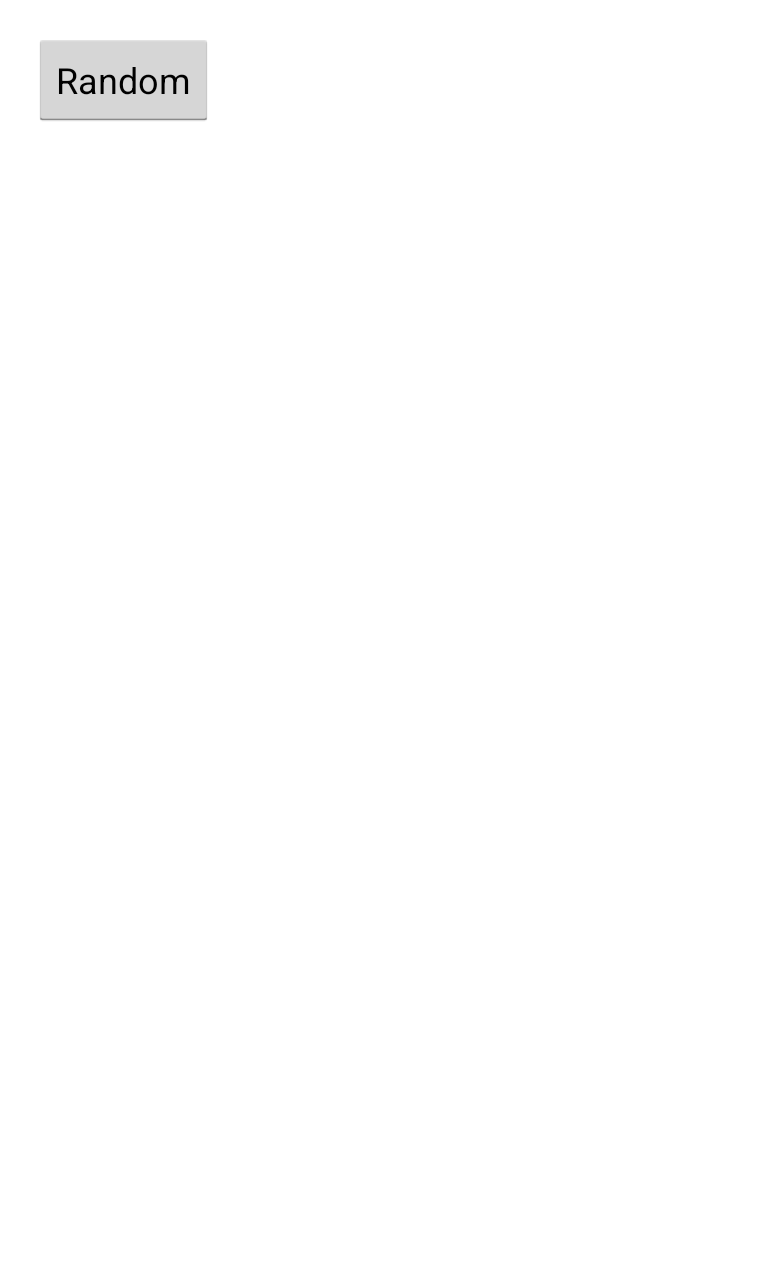
Repository: ek222mw/IDV436_API_Komponent
Layout: Labb1/res/layout/activity_main.xml
These files come from the project's save history. The layout is drawn as it stood at one moment and after the next save; the edit follows.
It is drawn on a 768 x 1280 px phone screen (xhdpi) without system bars, with theme AppTheme; the app's code is not run.

Above is the layout before, as saved 2014-11-14 09:25:41.

### Labb1/res/layout/activity_main.xml
<RelativeLayout xmlns:android="http://schemas.android.com/apk/res/android"
    xmlns:tools="http://schemas.android.com/tools"
    android:layout_width="match_parent"
    android:layout_height="match_parent"
    android:paddingBottom="@dimen/activity_vertical_margin"
    android:paddingLeft="@dimen/activity_horizontal_margin"
    android:paddingRight="@dimen/activity_horizontal_margin"
    android:paddingTop="@dimen/activity_vertical_margin"
    tools:context="com.example.labb1.MainActivity" >

    <Button
        android:id="@+id/button_send"
        android:layout_width="wrap_content"
        android:layout_height="wrap_content"
        android:onClick="onClick"
        android:text="@string/random" />

    <TextView
        android:id="@+id/randomInt"
        android:layout_width="wrap_content"
        android:layout_height="wrap_content"
        android:text="@string/hello_world"
        android:text="@string/randomInt"

         />


</RelativeLayout>

### Labb1/res/values/strings.xml
<?xml version="1.0" encoding="utf-8"?>
<resources>

    <string name="app_name">Labb1</string>
    <string name="hello_world">Hello world!</string>
    <string name="action_settings">Settings</string>
    <string name="random">Random</string>
    <string name="randomInt"></string>

</resources>

Loaded but not shown: Labb1/res/values/styles.xml (common file); Labb1/res/values-v11/styles.xml (common file); Labb1/res/values-v14/styles.xml (common file); Labb1/res/values/dimens.xml (common file); Labb1/res/values-w820dp/dimens.xml (common file)

After the next save:
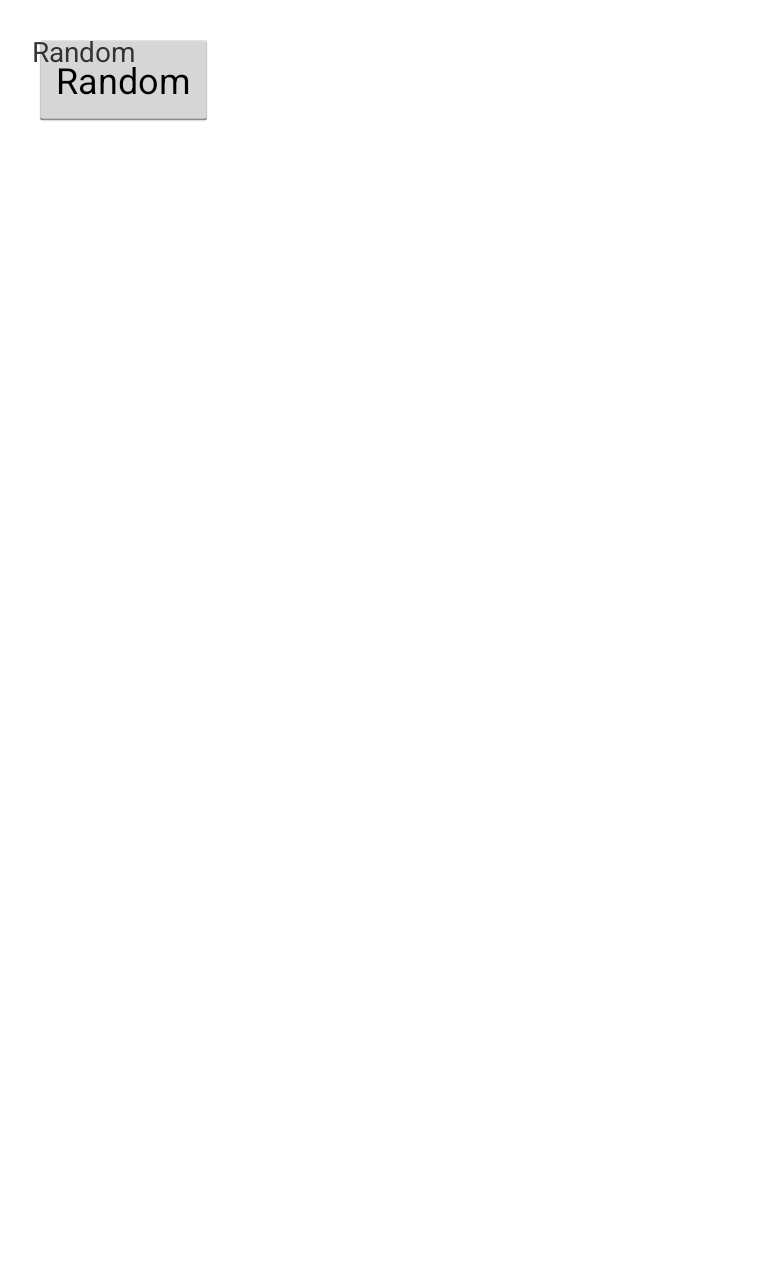
Saved 85 s later.
--- a/Labb1/res/layout/activity_main.xml
+++ b/Labb1/res/layout/activity_main.xml
@@ -16,10 +16,19 @@
         android:text="@string/random" />
 
     <TextView
+
+        android:layout_width="wrap_content"
+        android:layout_height="wrap_content"
+        android:text="@string/random"
+
+         />
+
+
+    <TextView
         android:id="@+id/randomInt"
         android:layout_width="wrap_content"
         android:layout_height="wrap_content"
-        android:text="@string/hello_world"
+
         android:text="@string/randomInt"
 
          />
